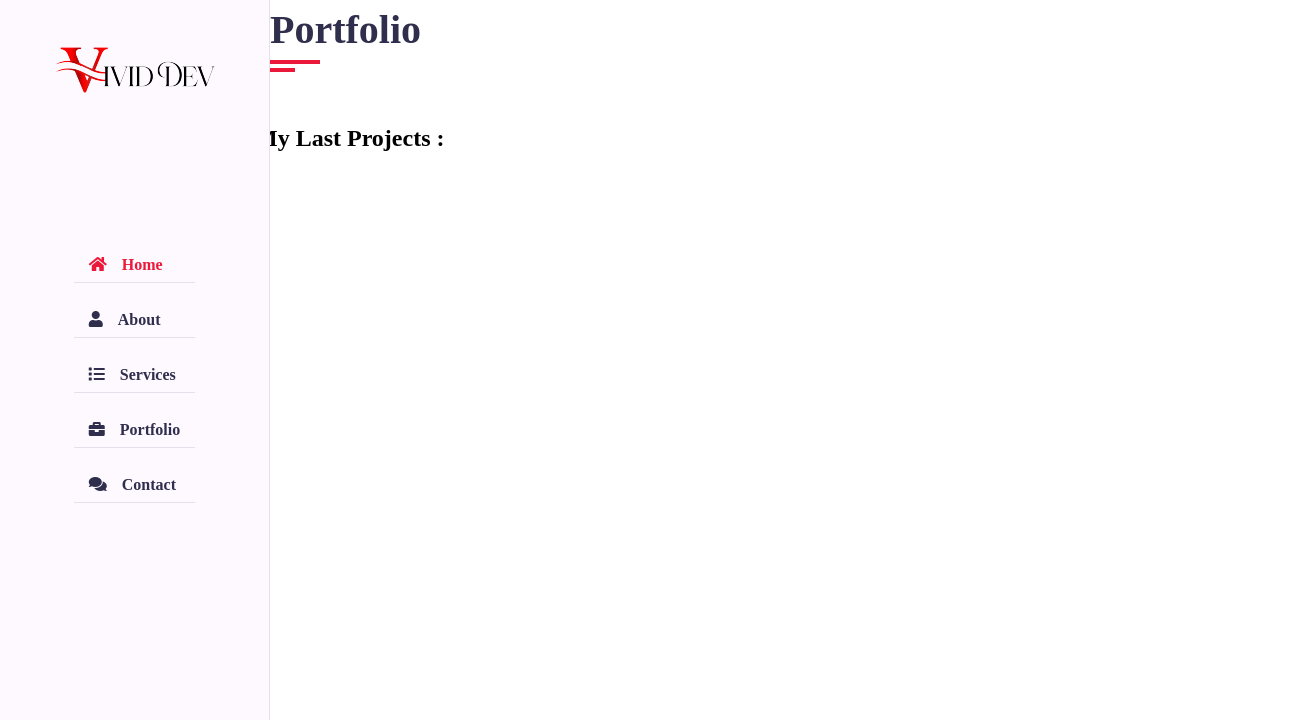
Repository: Big-Fave1/vivid-dev-portfolio
Page: build/index.html
An editor plug-in stored every save of this project. The page is shown before and after the next save, followed by the edit.
The browser window is 1280 px wide. The page is 1295 px wide, so the pictures cover 1295 px, including what lies to the right of the window. The pictures show the whole page.
Some web fonts or font styles are not loaded; a fallback is used.

Above is the page before, as saved 2025-06-02 10:45:47.

### build/index.html
<!DOCTYPE html>
<html lang="en">
<head>
    <meta charset="UTF-8">
    <meta name="viewport" content="width=device-width, initial-scale=1.0">
    <title>Vivid Dev Portfolio</title>
    <link rel="stylesheet" href="css/style.css">
    <link rel="stylesheet" href="css/color-1.css">
    <link rel="stylesheet" href="https://cdnjs.cloudflare.com/ajax/libs/font-awesome/5.15.4/css/all.min.css">
</head>
<body>
    <!--- ==== main container Start==== -->
    <div class="main-container"></div>
    <!--- ==== Aside Start === -->
    <div class="aside">
        <div class="logo">
        <a href="#"><img src="img/vivid 3.png" alt=""></a>
        </div>
        <div class="nav-toggler">
            <i class="fa fa-bars" aria-hidden="true"></i>
        </div>
        <ul class="nav">
            <li><a href="#" class="active"><i class="fa fa-home"></i>Home</a></li>
            <li><a href="#"><i class="fa fa-user"></i>About</a></li>
            <li><a href="#"><i class="fa fa-list"></i>Services</a></li>
            <li><a href="#"><i class="fa fa-briefcase"></i>Portfolio</a></li>
            <li><a href="#"><i class="fa fa-comments"></i>Contact</a></li>
        </ul>
    </div>
    <!--- ==== Aside End === -->
    <!--- ==== Main content Start === -->
    <div class="main-content">
        <!--- === Home Section Start === -->
        <section class="home section hidden">
            <div class="container">
                <div class="row">
                    <div class="home-info padd-15">
                        <h3 class="hello">Hello, my name is <span class="name">Favour Chimdiogo</span></h3>
                        <h3 class="my-profession">I'm a <Span class="typing">Web Developer</Span></h3>
                        <p>I'm a web designer with extensive experience for over a year.My expertise is to create a website design, and many more...</p>
                    <a href="#contact" class="btn hire-me">Hire Me</a>
                    </div>
                    <div class="home-img padd-15">
                        <img src="img/home image.jpg" alt="">
                    </div>
                </div>
            </div>
        </section>
    <!--- === Home Section End === -->
    <!--- === About  Section Start === -->
        <section class="about section hidden">
            <div class="container">
                <div class="row">
                    <div class="section-title padd-15">
                        <h2>About Me</h2>
                    </div>
                </div>
                <div class="row">
                    <div class="about-content padd-15">
                        <div class="row">
                            <div class="about-text padd-15">
                                <h3>I'm Favour Chimdiogo a <span>Web Developer</span></h3>
                                <p>Lorem ipsum dolor, sit amet consectetur adipisicing elit. Eos aperiam doloribus eligendi nulla temporibus quam incidunt qui molestiae, maxime id, suscipit sit alias recusandae iure expedita minima aliquam quos quisquam.</p>
                            </div>
                        </div>
                        <div class="row">
                            <div class="personal-info padd-15">
                                <div class="row">
                                    <div class="info-item padd-15">
                                        <p>Birthday : <span>09 April 2005</span></p>
                                    </div>
                                    <div class="info-item padd-15">
                                        <p>Age : <span>20</span></p>
                                    </div>
                                    <div class="info-item padd-15">
                                        <p>website : <span>www.domain.com</span></p>
                                    </div>
                                    <div class="info-item padd-15">
                                        <p>Email : <span>osonduf33@gmail.com</span></p>
                                    </div>
                                    <div class="info-item padd-15">
                                        <p>Phone : <span>+ 234 8124 298 332</span></p>
                                    </div>
                                    <div class="info-item padd-15">
                                        <p>Country : <span>Nigeria</span></p>
                                    </div>
                                    <div class="info-item padd-15">
                                        <p>Freelance : <span>Available</span></p>
                                    </div>
                                </div>
                                <div class="row">
                                    <div class="buttons padd-15">
                                        <a href="#" class="btn">Download CV</a>
                                        <a href="#contact" class="btn hire-me padd-15">Hire Me</a>
                                    </div>
                                </div>
                            </div>
                            <div class="skills padd-15">
                                <div class="row">
                                    <div class="skill-item  padd-15">
                                        <h5>JS</h5>
                                        <div class="progress">
                                            <div class="progress-in" style="width: 86%;"></div>
                                            <div class="skill-percent">86%</div>
                                        </div>
                                    </div>
                                    <div class="skill-item  padd-15">
                                        <h5>CSS</h5>
                                        <div class="progress">
                                            <div class="progress-in" style="width: 96%;"></div>
                                            <div class="skill-percent">96%</div>
                                        </div>
                                    </div>
                                    <div class="skill-item  padd-15">
                                        <h5>HTML</h5>
                                        <div class="progress">
                                            <div class="progress-in" style="width: 98%;"></div>
                                            <div class="skill-percent">98%</div>
                                        </div>
                                    </div>
                                </div>
                            </div>
                        </div>
                        <div class="row">
                            <div class="education padd-15">
                                <h3 class="title">Education</h3>
                                <div class="row">
                                    <div class="timeline-box padd-15">
                                        <div class="timeline shadow-dark">
                                            <!-- ===== timeline item ==== -->
                                             <div class="timeline-item">
                                                <div class="circle-dot"></div>
                                                <h3 class="timeline-date">
                                                    <i class="fa fa-calendar"></i> 2022 - 2025
                                                </h3>
                                                <h4 class="timeline-title">Master in computer Science</h4>
                                                <p class="timeline-text">Lorem ipsum, dolor sit amet consectetur adipisicing elit. Quae, dolorum minus. Nostrum labore dignissimos saepe sunt dolore totam illo magni temporibus, repellendus porro facilis deleniti. Vero qui mollitia labore distinctio.</p>
                                             </div>
                                        </div>
                                    </div>
                                </div>
                            </div>
                            <div class="experience padd-15">
                                <h3 class="title">Experience</h3>
                                <div class="row">
                                    <div class="timeline-box padd-15">
                                        <div class="timeline shadow-dark">
                                            <!-- ===== timeline item ==== -->
                                             <div class="timeline-item">
                                                <div class="circle-dot"></div>
                                                <h3 class="timeline-date">
                                                    <i class="fa fa-calendar"></i> 2022 - 2025
                                                </h3>
                                                <h4 class="timeline-title">Master in computer Science</h4>
                                                <p class="timeline-text">Lorem ipsum, dolor sit amet consectetur adipisicing elit. Quae, dolorum minus. Nostrum labore dignissimos saepe sunt dolore totam illo magni temporibus, repellendus porro facilis deleniti. Vero qui mollitia labore distinctio.</p>
                                             </div>
                                        </div>
                                    </div>
                                </div>
                            </div>
                        </div>
                    </div>
                </div>
            </div>
        </section>
    <!--- === About  Section End === -->
    <!--- === Services Section Start === -->
        <section class="service section hidden">
            <div class="container">
                <div class="row">
                    <div class="section-title padd-15">
                        <h2>Services</h2>
                    </div>
                </div>
                <div class="row">
                    <!--- ==== Services item Start ==== -->
                    <div class="service-item padd-15">
                        <div class="service-item-inner">
                            <div class="icon">
                                <i class="fa fa-mobile-alt"></i>
                            </div>
                            <h4>Web Design</h4>
                            <p>Lorem ipsum dolor sit amet consectetur adipisicing elit. Beatae labore aliquid.</p>
                        </div>
                    </div>
                    <!--- ==== Services item End ==== -->
                    <!--- ==== Services item Start ==== -->
                    <div class="service-item padd-15">
                        <div class="service-item-inner">
                            <div class="icon">
                                <i class="fa fa-laptop-code"></i>
                            </div>
                            <h4>Web Design</h4>
                            <p>Lorem ipsum dolor sit amet consectetur adipisicing elit. Beatae labore aliquid.</p>
                        </div>
                    </div>
                    <!--- ==== Services item End ==== -->
                    <!--- ==== Services item Start ==== -->
                    <div class="service-item padd-15">
                        <div class="service-item-inner">
                            <div class="icon">
                                <i class="fa fa-palette"></i>
                            </div>
                            <h4>Web Design</h4>
                            <p>Lorem ipsum dolor sit amet consectetur adipisicing elit. Beatae labore aliquid.</p>
                        </div>
                    </div>
                    <!--- ==== Services item End ==== -->
                    <!--- ==== Services item Start ==== -->
                    <div class="service-item padd-15">
                        <div class="service-item-inner">
                            <div class="icon">
                                <i class="fa fa-code"></i>
                            </div>
                            <h4>Web Design</h4>
                            <p>Lorem ipsum dolor sit amet consectetur adipisicing elit. Beatae labore aliquid.</p>
                        </div>
                    </div>
                    <!--- ==== Services item End ==== -->
                    <!--- ==== Services item Start ==== -->
                    <div class="service-item padd-15">
                        <div class="service-item-inner">
                            <div class="icon">
                                <i class="fa fa-search"></i>
                            </div>
                            <h4>Web Design</h4>
                            <p>Lorem ipsum dolor sit amet consectetur adipisicing elit. Beatae labore aliquid.</p>
                        </div>
                    </div>
                    <!--- ==== Services item End ==== -->
                    <!--- ==== Services item Start ==== -->
                    <div class="service-item padd-15">
                        <div class="service-item-inner">
                            <div class="icon">
                                <i class="fa fa-bullhorn"></i>
                            </div>
                            <h4>Web Design</h4>
                            <p>Lorem ipsum dolor sit amet consectetur adipisicing elit. Beatae labore aliquid.</p>
                        </div>
                    </div>
                    <!--- ==== Services item End ==== -->
                </div>
            </div>

        </section>
    <!--- === Services Section End === -->
    <!--- === Portfolio Section Start === -->
        <section class="portfolio-section">
            <div class="container">
                <div class="row">
                    <div class="section-title padd-15">
                        <h2>Portfolio</h2>
                    </div>
                </div>
                <div class="row">
                    <div class="portfolio-heading">
                        <h2>My Last Projects :</h2>
                    </div>
                </div>
            </div>
        </section>
    <!--- === Portfolio Section End === -->

    </div>
    <!--- ==== Main content End === -->
    <!--- ====main container End === -->
</body>
</html>

### build/css/color-1.css

:root
{
    --skin-color:#ec1839;
}

Loaded but not shown: build/css/style.css (562 lines, source omitted)

After the next save:
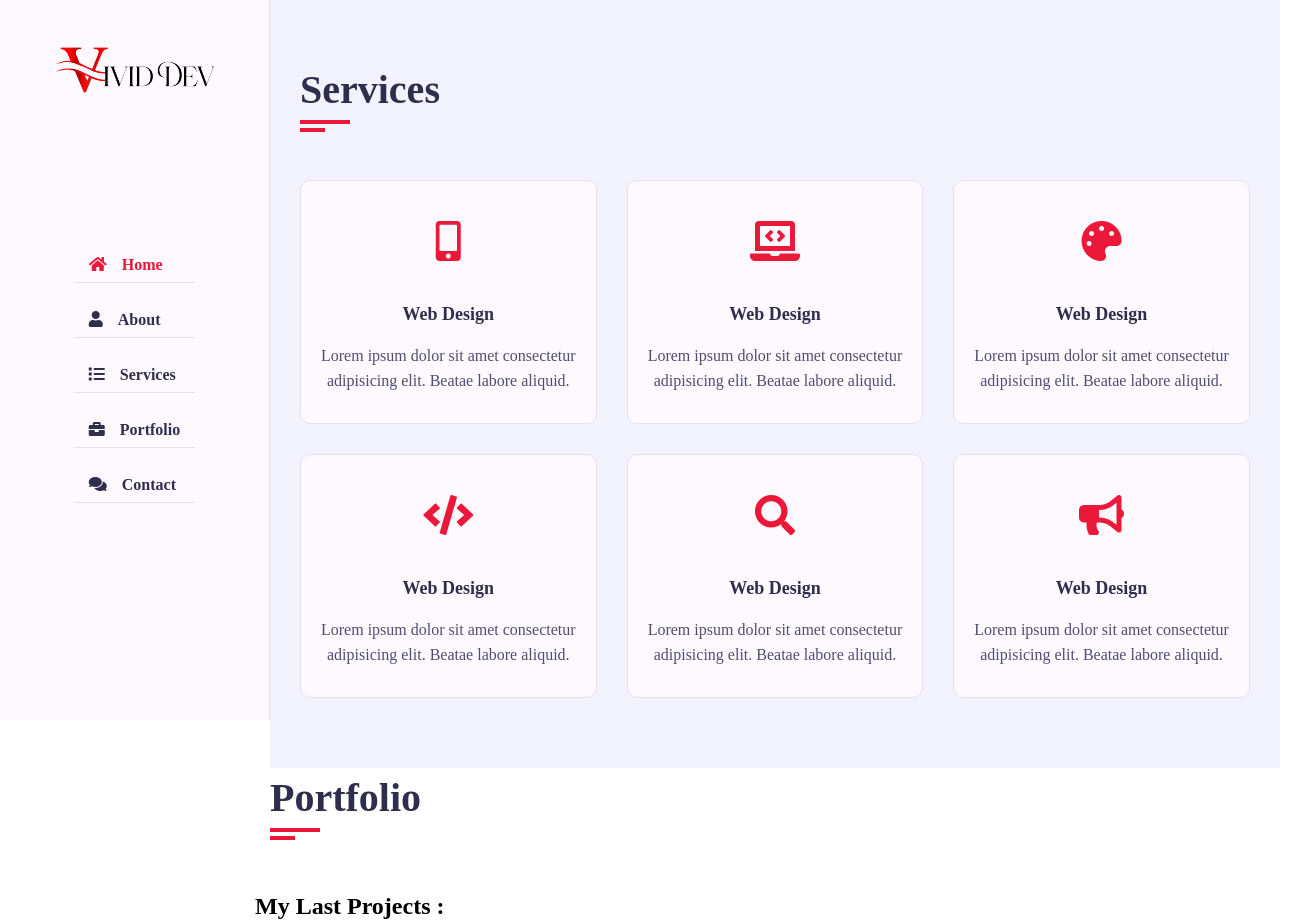
Saved 93 s later.
--- a/build/index.html
+++ b/build/index.html
@@ -165,7 +165,7 @@
         </section>
     <!--- === About  Section End === -->
     <!--- === Services Section Start === -->
-        <section class="service section hidden">
+        <section class="service section">
             <div class="container">
                 <div class="row">
                     <div class="section-title padd-15">

After the save that followed:
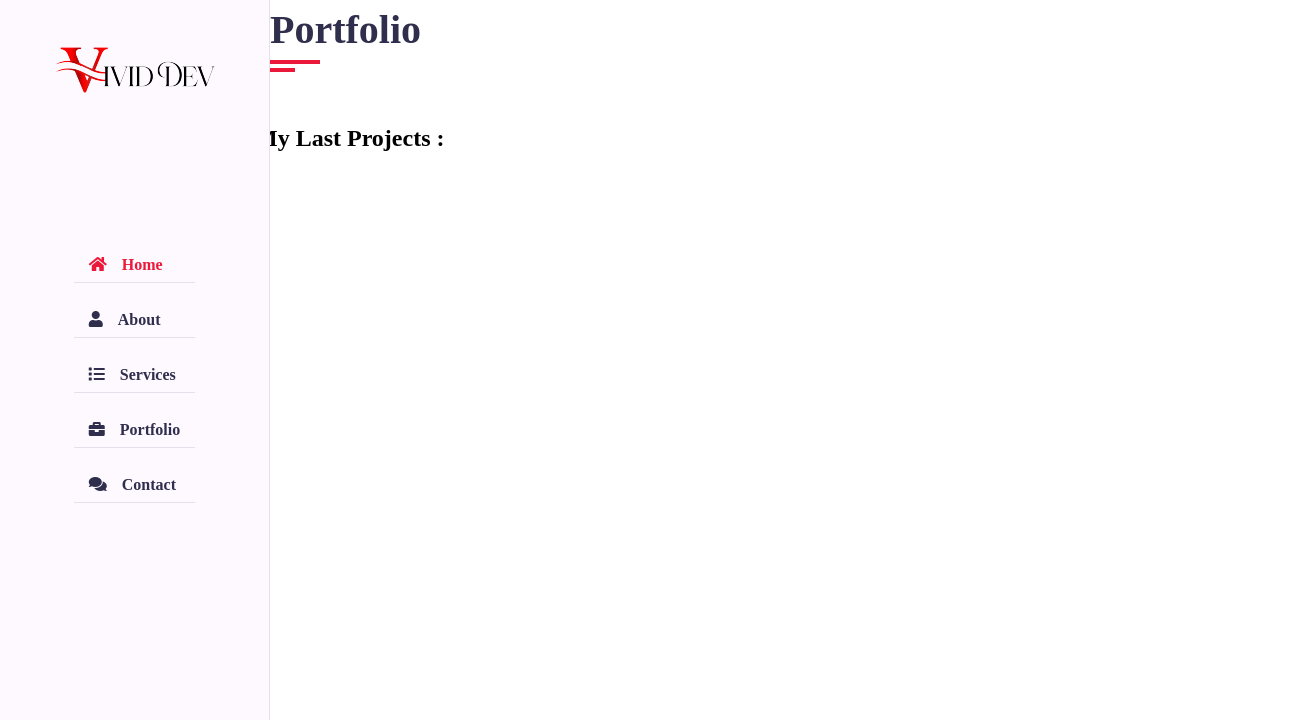
Saved 15 s later.
--- a/build/index.html
+++ b/build/index.html
@@ -165,7 +165,7 @@
         </section>
     <!--- === About  Section End === -->
     <!--- === Services Section Start === -->
-        <section class="service section">
+        <section class="service section hidden">
             <div class="container">
                 <div class="row">
                     <div class="section-title padd-15">
